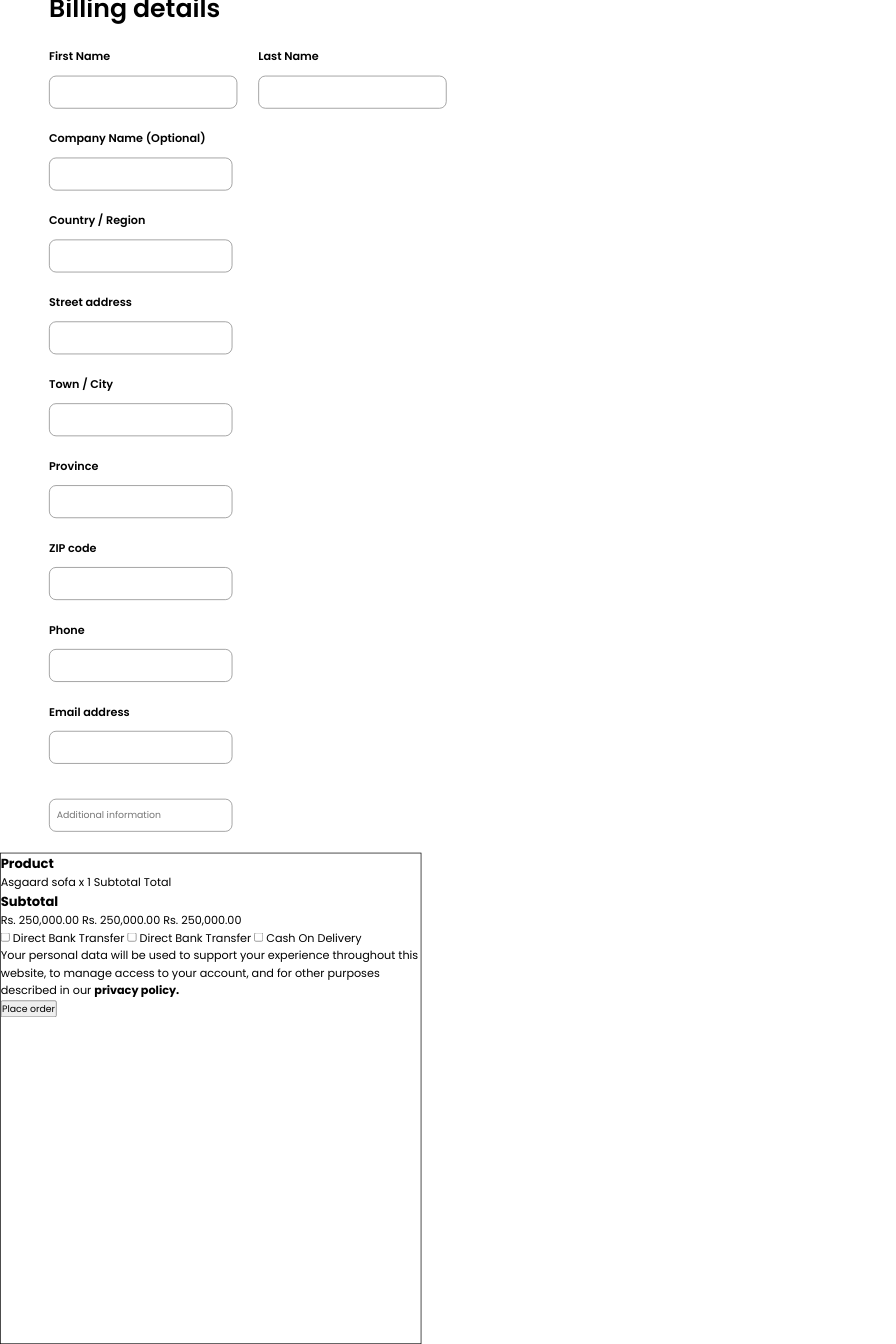
Repository: DT2301/project
Page: checkout.html
The author's editor kept a copy of each file at every save. The page is drawn from the files as they stood at one save, then again after a run of saves.
The browser window is 1280 px wide. The pictures show the part of the page from y = 403 to 2323 px (the page is 2323 px tall before and 2123 px after), at 70% of full size.
A picture or video elsewhere on the page could not be fetched, so the positions and the page height are approximate.

Above is the page before, as saved 2024-01-08 10:08:31.

### checkout.html
<!DOCTYPE html>
<html lang="en">

<head>
    <meta charset="UTF-8">
    <meta name="viewport" content="width=device-width, initial-scale=1.0">
    <title>Document</title>
    <link rel="preconnect" href="https://fonts.googleapis.com">
    <link rel="preconnect" href="https://fonts.gstatic.com" crossorigin>
    <link
        href="https://fonts.googleapis.com/css2?family=Poppins:ital,wght@0,400;0,500;0,600;0,700;1,400;1,600;1,700&display=swap"
        rel="stylesheet">
    <link rel="stylesheet" href="checkout.css">
</head>

<body>
    <header>
        <div class="sidebar">
            <div class="logo">
                <a href=""> <img srcset="./image/logox2.png 2x" alt=""></a>
            </div>
            <ul class="sidebar__menu--center">
                <li class="menu menu--home">
                    <a href="#">Home</a>
                </li>
                <li class="menu menu--shop">
                    <a href="#">Shop</a>
                </li>
                <li class="menu menu--about">
                    <a href="#">About</a>
                </li>
                <li class="menu menu--contact">
                    <a href="#">Contact</a>
                </li>
            </ul>
            <ul class="sidebar__menu--icon">
                <li class="menu menu--user">
                    <a href="#">
                        <span>
                            <ion-icon name="person-outline"></ion-icon>
                        </span>
                    </a>
                </li>
                <li class="menu menu--search">
                    <a href="#">
                        <span>
                            <ion-icon name="search-outline"></ion-icon>
                        </span>
                    </a>
                </li>
                <li class="menu menu--heart">
                    <a href="#">
                        <span>
                            <ion-icon name="heart-outline"></ion-icon>
                        </span>
                    </a>
                </li>
                <li class="menu menu--cart">
                    <a href="#">
                        <span>
                            <ion-icon name="cart-outline"></ion-icon>
                        </span>
                    </a>
                </li>
            </ul>
        </div>
        <div class="background_cart">
            <div class="cart_infor">
                <img srcset="./image/logoFontx2.png 2x" alt="">
                <h3>Checkout</h3>
                <div>
                    <span>Home</span>
                    <ion-icon name="chevron-forward-outline"></ion-icon>
                    <span>checkout</span>
                </div>
            </div>
        </div>
    </header>

    <main>
        <div class="billingdetail">
            <h2>Billing details</h2>
            <div class="input input_name">
                <div>
                    <label>First Name</label>
                    <input type="text">
                </div>
                <div>
                    <label>Last Name</label>
                    <input type="text">
                </div>
            </div>
            <div class="input ">
                <label>Company Name (Optional)</label>
                <input type="text">
            </div>
            <div class="input ">
                <label>Country / Region</label>
                <input type="text">
            </div>
            <div class="input ">
                <label>Street address</label>
                <input type="text">
            </div>
            <div class="input ">
                <label>Town / City</label>
                <input type="text">
            </div>
            <div class="input ">
                <label>Province</label>
                <input type="text">
            </div>
            <div class="input ">
                <label>ZIP code</label>
                <input type="number">
            </div>
            <div class="input ">
                <label>Phone</label>
                <input type="number">
            </div>
            <div class="input ">
                <label>Email address</label>
                <input type="email">
            </div>
            <div class="input ">
                <input type="text" placeholder="Additional information">
            </div>
        </div>

        <div class="checkout">
            <div class="placeorder">
                <div class="product_checkout">
                    <h3>Product</h3>
                    <span>Asgaard sofa <label> x 1 </label> </span>
                    <span>Subtotal</span>
                    <span>Total</span>
                </div>
                <div class="subtotal_checkout">
                    <h3>Subtotal</h3>
                    <span>Rs. 250,000.00</span>
                    <span>Rs. 250,000.00</span>
                    <span>Rs. 250,000.00</span>
                </div>
            </div>
            <div>
                <span>
                    <input type="checkbox" name="" id="">
                    <label>Direct Bank Transfer</label>
                </span>
                <span>
                    <input type="checkbox" name="" id="">
                    <label>Direct Bank Transfer</label>
                </span>
                <span>
                    <input type="checkbox" name="" id="">
                    <label>Cash On Delivery</label>
                </span>
            </div>
            <p>Your personal data will be used to support your experience throughout this website, to manage access to
                your account, and for other purposes described in our <strong>privacy policy.</strong>
            </p>
            <button type="submit">Place order</button>
        </div>
    </main>
</body>

</html>

### checkout.css
* {
  padding: 0;
  margin: 0;
  font-family: "Poppins", sans-serif;
  color: black;
}

a,
ul {
  list-style: none;
  text-decoration: none;
}

.sidebar {
  display: flex;
  flex-direction: row;
  justify-content: center;
  align-items: center;
  background-color: white;
  width: 100%;
  height: 100px;
}

.logo {
  position: absolute;
  left: 50px;
}

.sidebar__menu--center {
  width: 30%;
  display: flex;
  justify-content: space-between;
  font-size: 16px;
  font-weight: 500;
  line-height: 24px;
}

.sidebar__menu--icon {
  display: flex;
  width: 15%;
  position: absolute;
  justify-content: space-between;
  right: 70px;
  font-size: 25px;
}

.background_cart {
  background-image: url(./image/background_cart.png);
  width: 100%;
  height: 18rem;
  background-size: cover;
}

.cart_infor img {
  width: 77px;
  height: 77px;
}

.cart_infor {
  display: flex;
  flex-direction: column;
  justify-content: center;
  align-items: center;
  padding-top: 50px;
}

.cart_infor h3 {
  margin-top: -20px;
  font-size: 48px;
  font-weight: 600;
  line-height: 72px;
  text-align: left;
}

.cart_infor div {
  display: flex;
  flex-direction: row;
  align-items: center;
}

.cart_infor ion-icon {
  margin-right: 10px;
  margin-left: 10px;
}

.cart_infor span {
  font-size: 16px;
  font-weight: 600;
  line-height: 24px;
  text-align: left;
}

.cart_infor span:last-child {
  font-weight: 500;
}

.billingdetail {
  display: flex;
  flex-direction: column;
  width: 610px;
  margin-left: 70px;
}

.billingdetail h2 {
  font-size: 36px;
  font-weight: 600;
  line-height: 54px;
  text-align: left;
  margin-bottom: 30px;
}

.billingdetail label {
  font-size: 16px;
  font-weight: 600;
  line-height: 24px;
  text-align: left;
  color: #000000;
}

.billingdetail .input_name {
  display: flex;
  flex-direction: row;
}

.billingdetail .input_name div {
  display: flex;
  flex-direction: column;
  margin-right: 30px;
}

.billingdetail .input_name div > input {
  height: 45px;
  border-radius: 10px;
  border: 1px solid grey;
  margin-top: 15px;
}

.billingdetail .input:not(:first-child) > input {
  width: 250px;
  height: 45px;
  border-radius: 10px;
  border: 1px solid grey;
  display: flex;
  margin-top: 15px;
  flex-direction: column;
}

.billingdetail > .input {
  margin-bottom: 30px;
}

.billingdetail .input:last-child > input {
    margin-top: 20px;
}

.billingdetail  input {
    padding-left: 10px;
}

.checkout{
    border: 1px solid black;
    width: 600px;
    height: 700px;
}

After the next 2 saves:
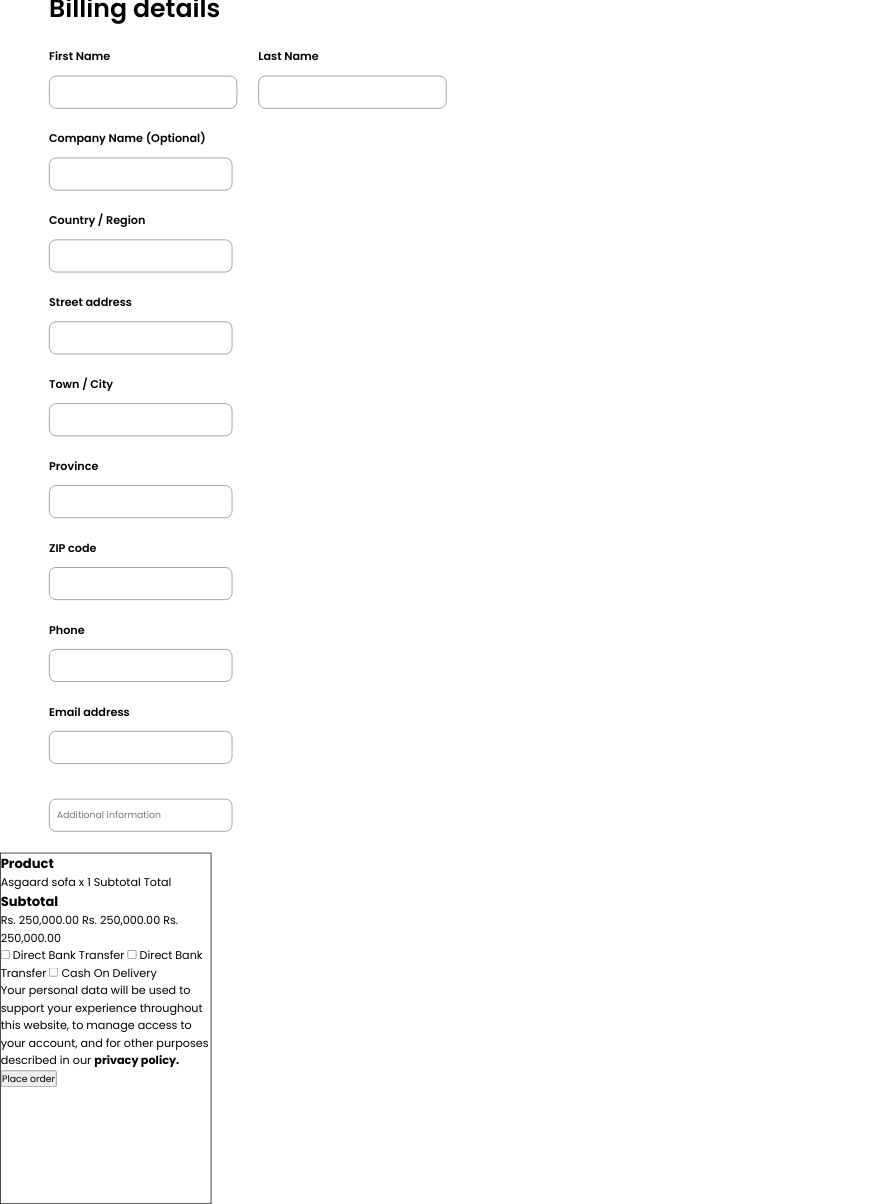
The 2 saves are shown as one change because they came seconds apart.
The last was saved 8 s later.
--- a/checkout.css
+++ b/checkout.css
@@ -159,6 +159,6 @@ ul {
 
 .checkout{
     border: 1px solid black;
-    width: 600px;
-    height: 700px;
+    width: 300px;
+    height: 500px;
 }
